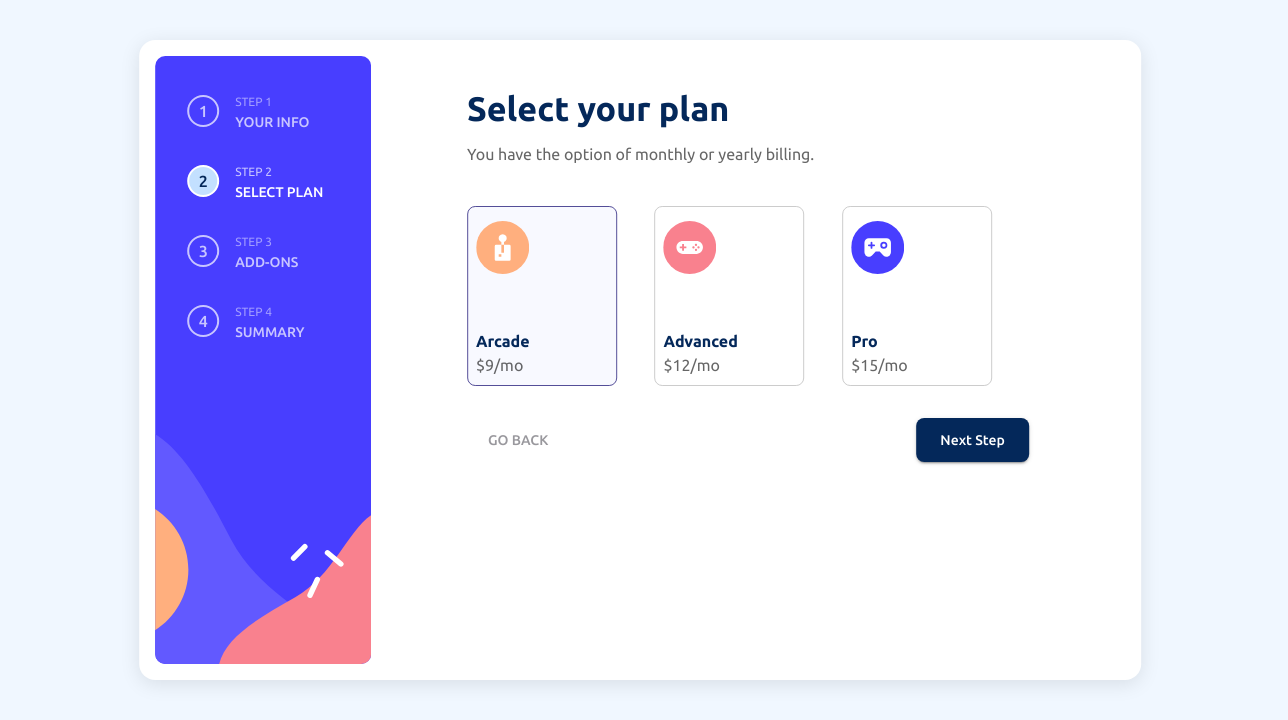
Repository: ozerrrs/chalange7days
Page: / (app in 7dayschalange/7dayschallange/), after clicking the first element matching `button.MuiButtonBase-root`
An editor plug-in stored every save of this project. The page is shown before and after the next save, followed by the edit.
The browser window is 1280 px wide. The page is 1280 px wide, then 1288 px, so the pictures cover 1288 px, including what lies to the right of the window. The pictures show the whole page.
The project was rebuilt for these pictures with package versions that can differ from the ones it lists, and the page was loaded fresh each time. Also part of the build but not shown: 7dayschalange/7dayschallange/vite.config.js.

Above is the page before, as saved 2025-03-05 16:30:52.

After the next save:
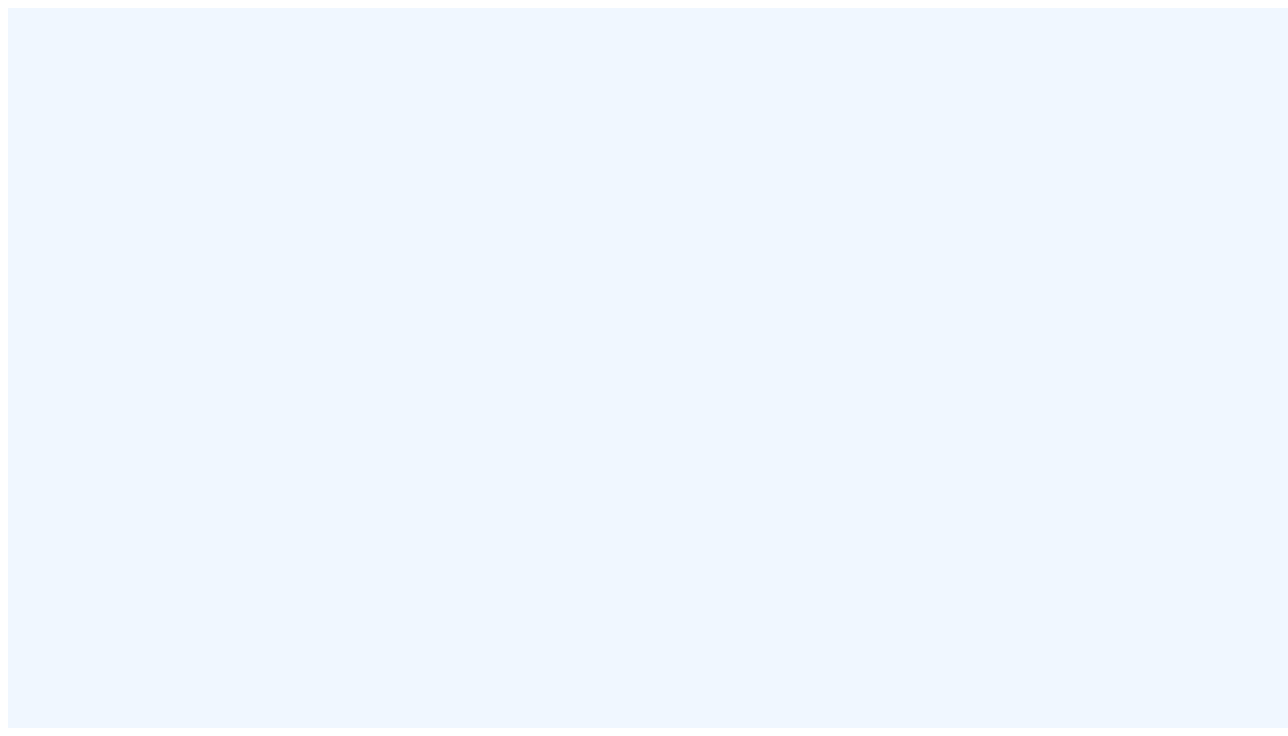
Console error: ReferenceError: FormGroup is not defined
Saved 3 min 24 s later.
--- a/7dayschalange/7dayschallange/src/pages/firstPage.jsx
+++ b/7dayschalange/7dayschallange/src/pages/firstPage.jsx
@@ -319,6 +319,22 @@ function MultiStepForm() {
                 />
               </RadioGroup>
             </FormControl>
+            <FormGroup>
+              <FormControlLabel
+                control={<Switch defaultChecked />}
+                label="Label"
+              />
+              <FormControlLabel
+                required
+                control={<Switch />}
+                label="Required"
+              />
+              <FormControlLabel
+                disabled
+                control={<Switch />}
+                label="Disabled"
+              />
+            </FormGroup>
           </Box>
         );
       case 2:
